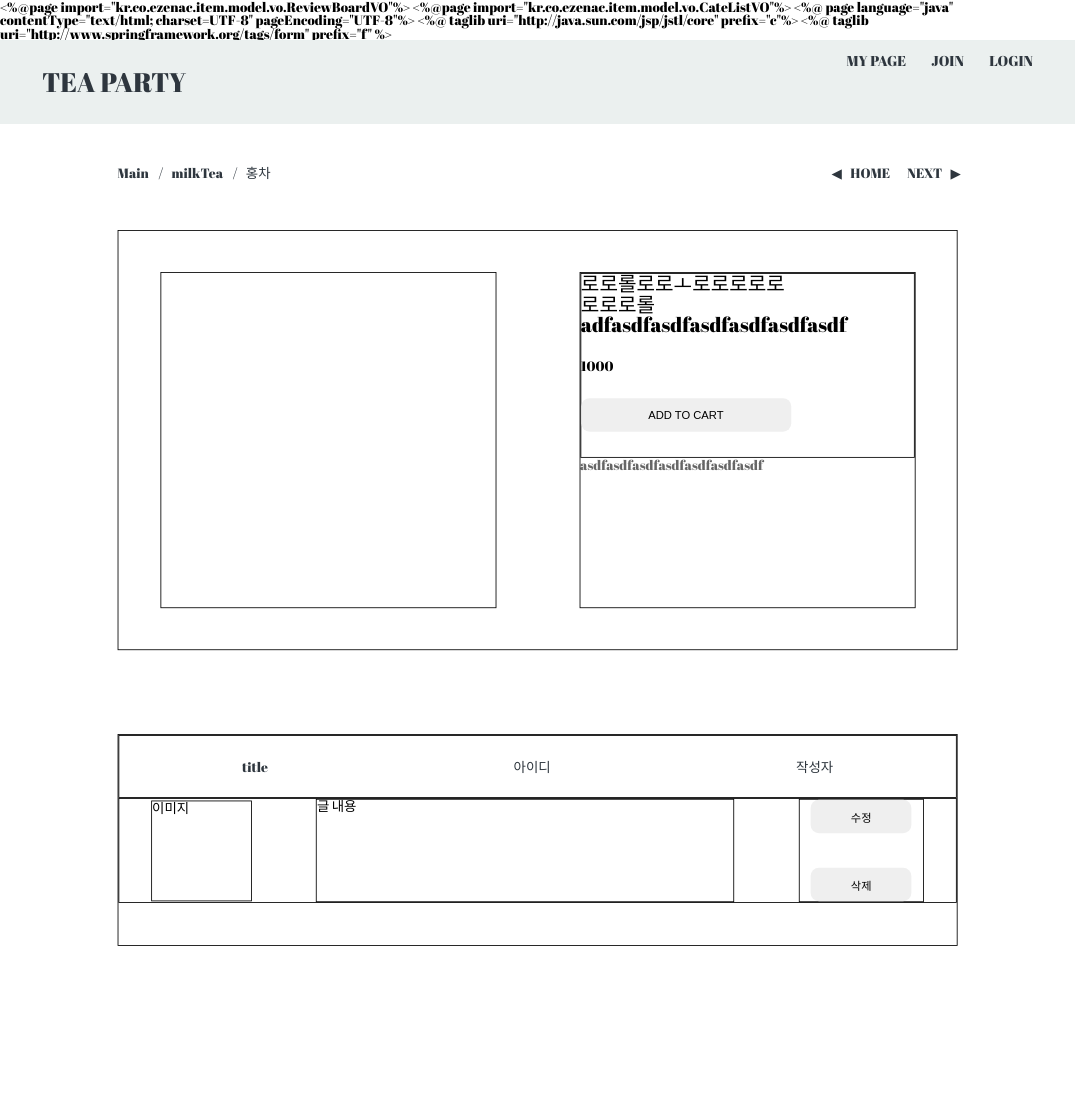
Repository: jjucc99/EZEN_PROJECT
Page: Project_Tea_party_12_31_humm/src/main/webapp/WEB-INF/views/item/goods.html
The author's editor kept a copy of each file at every save. The page is drawn from the files as they stood at one save, then again after the next save.
The browser window is 1280 px wide. The pictures show the whole page, at 84% of full size.

Above is the page before, as saved 2021-12-31 07:47:33.

### Project_Tea_party_12_31_humm/src/main/webapp/WEB-INF/views/item/goods.html
<%@page import="kr.co.ezenac.item.model.vo.ReviewBoardVO"%>
<%@page import="kr.co.ezenac.item.model.vo.CateListVO"%>
<%@ page language="java" contentType="text/html; charset=UTF-8"
    pageEncoding="UTF-8"%>
<%@ taglib uri="http://java.sun.com/jsp/jstl/core" prefix="c"%>
<%@ taglib uri="http://www.springframework.org/tags/form" prefix="f" %>

<!DOCTYPE html>
<html lang="en">
  <head>
    <meta charset="UTF-8" />
    <meta http-equiv="X-UA-Compatible" content="IE=edge" />
    <meta name="viewport" content="width=device-width, initial-scale=1.0" />
    <title>TEA PARTY_goods</title>
    <link rel="stylesheet" href="css/style.css" />
  </head>
  <body>
    <header class="main_header">
      <div class="header_title_conteiner">
        <div class="header_title_title">
          <div class="header_title"><a href="index.html">TEA PARTY</a></div>
        </div>
        <div class="header_controller_conteiner">
          <div class="header_controller">
            <a href="my_page.html">MY PAGE</a>
          </div>
          <div class="header_controller">
            <a href="">JOIN</a>
          </div>
          <div class="header_controller">
            <a href="">LOGIN</a>
          </div>
        </div>
      </div>
    </header>
    <section>
      <div class="goods_container">
        <div class="goods_container_context_box">
          <div class="goods_container_context_title">
            <div class="goods_container_context_title_direction">
              <a href=""><span>Main&nbsp;&nbsp;&nbsp;&nbsp;/</span></a
              ><a href=""><span>milkTea&nbsp;&nbsp;&nbsp;&nbsp;/</span></a
              ><a href=""><span>홍차</span></a>
            </div>
            <div class="goods_container_context_title_btn">
              <a href="">
                <div>◀<span>HOME</span></div>
              </a>
              <a href="">
                <div><span>NEXT</span>▶</div>
              </a>
            </div>
          </div>
          <div class="goods_container_context_text">
            <div class="goods_container_context_text_img"></div>
            <div class="goods_container_context_text_detail">
              <div class="goods_container_context_text_detail_text">
                <div class="goods_container_context_text_detail_text_title">
                  로로롤로로ㅗ로로로로로로로로롤adfasdfasdfasdfasdfasdfasdf
                </div>
                <div class="goods_container_context_text_detail_text_price">
                  1000
                </div>
                <div class="goods_container_context_text_detail_text_btn">
                  <input type="button" value="ADD TO CART" />
                </div>
              </div>
              <div class="goods_container_context_text_detail_descripion">
                asdfasdfasdfasdfasdfasdfasdf
              </div>
            </div>
          </div>
          <!--  -->
        </div>
        <div class="goods_review_container">
          <!-- 여기를 늘린다. -->
          <div class="goods_review_container_context">
            <!--  여기 헤더 -->
            <a href="">
              <div class="goods_review_container_context_header">
                <div class="goods_review_container_context_header_title">
                  title
                </div>
                <div class="goods_review_container_context_header_id">
                  아이디
                </div>
                <div class="goods_review_container_context_header_people">
                  작성자
                </div>
              </div>
            </a>
            <!-- 여긴 자바스크립트로 없애는 부분 -->
            <div class="goods_review_container_context_text">
              <div class="goods_review_container_context_text_img">이미지</div>
              <div class="goods_review_container_context_text_context">
                글 내용
              </div>
              <div class="goods_review_container_context_text_btn">
                <input type="button" value="수정" />
                <input type="button" value="삭제" />
              </div>
            </div>
          </div>
          <!-- 여기가 끝 -->
        </div>
      </div>
    </section>
  </body>
</html>

### Project_Tea_party_12_31_humm/src/main/webapp/resources/css/style.css
@import url("https://fonts.googleapis.com/css2?family=Abril+Fatface&display=swap");
@import "reset.css";
@import "main_header.css";
@import "title_header.css";
@import "items_container.css";
@import "login.css";
@import "my_page.css";
@import "join.css";
@import "my_shopping.css";
@import "pay.css";
@import "order.css";
@import "order_list.css";
@import "goods.css";

* {
  box-sizing: border-box;
}
body {
  font-family: "Abril Fatface", cursive;
  overflow: auto;
}

### Project_Tea_party_12_31_humm/src/main/webapp/resources/css/reset.css
html,
body,
div,
span,
applet,
object,
iframe,
h1,
h2,
h3,
h4,
h5,
h6,
p,
blockquote,
pre,
a,
abbr,
acronym,
address,
big,
cite,
code,
del,
dfn,
em,
img,
ins,
kbd,
q,
s,
samp,
small,
strike,
strong,
sub,
sup,
tt,
var,
b,
u,
i,
center,
dl,
dt,
dd,
ol,
ul,
li,
fieldset,
form,
label,
legend,
table,
caption,
tbody,
tfoot,
thead,
tr,
th,
td,
article,
aside,
canvas,
details,
embed,
figure,
figcaption,
footer,
header,
hgroup,
menu,
nav,
output,
ruby,
section,
summary,
time,
mark,
audio,
video {
  margin: 0;
  padding: 0;
  border: 0;
  font-size: 100%;
  font: inherit;
  vertical-align: baseline;
}
/* HTML5 display-role reset for older browsers */
article,
aside,
details,
figcaption,
figure,
footer,
header,
hgroup,
menu,
nav,
section {
  display: block;
}
body {
  line-height: 1;
}
ol,
ul {
  list-style: none;
}
blockquote,
q {
  quotes: none;
}
blockquote:before,
blockquote:after,
q:before,
q:after {
  content: "";
  content: none;
}
table {
  border-collapse: collapse;
  border-spacing: 0;
}

input:focus {
  outline: none;
}

a {
  color: #2e363e;
  text-decoration: none;
}

### Project_Tea_party_12_31_humm/src/main/webapp/resources/css/main_header.css
body {
  font-family: "Abril Fatface", cursive;
}

.main_header {
  width: 100%;
  position: fixed;
  background-color: #ebf0ef;
}

.header_title_conteiner {
  width: 100%;
  height: 100px;
  display: flex;
  justify-content: space-between;
}

.header_title_title {
  margin-left: 50px;
  display: flex;
  align-items: center;
  font-size: 32px;
}

.header_controller_conteiner {
  font-size: 17px;

  width: 500px;
  margin-top: 15px;
  margin-right: 20px;

  justify-content: flex-end;
  display: flex;
}

.header_controller {
  margin-right: 30px;
}

.collection_container {
  position: fixed;
  height: 100%;
  width: 250px;
  top: 100px;
  display: flex;
  justify-content: center;
  align-items: center;
}

.collection_context {
  margin-bottom: 70px;
  margin-right: 25px;
  width: 80%;
  height: 650px;
  display: flex;
  flex-direction: column;
  align-items: center;
  justify-content: center;
  padding-top: 10px;
}

.collection_block {
  width: 80%;
  height: 80px;
  display: flex;
  flex-direction: column;
  align-items: center;
}

.collection_title {
  margin: 10px 0px;
  width: 80%;
  height: 20px;
  margin-right: 25px;
  font-size: 18px;
}

.collecion_category {
  width: 80%;
  height: 60px;
  margin-left: 25px;
  font-size: 10px;
}

.item_container_img_box {
  width: 100%;
  height: 400px;

  background-color: aquamarine;
  display: flex;
  justify-content: center;
}

.item_container_img {
  width: 800px;
  height: 400px;

  background-color: blueviolet;
}

### Project_Tea_party_12_31_humm/src/main/webapp/resources/css/title_header.css
.title_header {
  width: 100%;
  height: 200px;
  background-color: #5e4540;
  color: white;
}

.title_header h1 {
  font-size: 50px;
  margin-bottom: 60px;
  margin-top: 35px;
}

.header_in_door {
  text-decoration: none;
  font-size: 20px;
  color: white;
}

.header_container {
  display: flex;
  align-items: center;
  flex-direction: column;
}

.header_space {
  width: 100%;
  height: 300px;
  background-color: #402009;
}

.header_space {
  display: flex;
  justify-content: center;
  align-items: center;
}

.header_space_text {
  width: 70%;
  height: 70%;
  border: 2px solid white;
}

.img_container {
  width: 100%;
  height: 800px;
  background-repeat: no-repeat;
  background-position: center;
  display: flex;
  justify-content: center;
  align-items: center;
}

.in_cafe {
  background-image: url("../img/in_cafe.jpg");
}
/*../../../../../../../design*/
.in_bed {
  background-image: url("../img/in_bed.jpg");
}

.img_detail {
  width: 70%;
  height: 70%;
  border-top: 2px solid white;
}

.img_detail a {
  color: white;
  font-size: 50px;
}

### Project_Tea_party_12_31_humm/src/main/webapp/resources/css/items_container.css
body {
  width: 100%;
  height: auto;
  overflow: auto;
}

section {
  width: 100%;
  height: auto;
  overflow: auto;
}

.item_container {
  width: auto;
  height: auto;
  margin-top: 100px;
  margin-left: 250px;
  overflow: auto;
}

.item_container_title {
  margin: 50px 0px;
  margin-right: 100px;
  margin-left: 50px;
  display: flex;
  justify-content: space-between;
  align-items: center;
}

.item_container_title_title {
  font-size: 30px;
}

.item_container_title_location {
  font-size: 20px;
}
.item_container_items {
  display: grid;
  grid-template-columns: repeat(4, minmax(300px, auto));
  grid-template-rows: repeat(auto-fit, minmax(450px, auto));
}

.item_container_item {
  width: 300px;
  height: 450px;
  display: flex;
  flex-direction: column;
  justify-content: space-around;
  align-items: center;
  padding: 35px 0px;
}

.item_item_img {
  width: 200px;
  height: 250px;
  border: 1px solid black;
  border-radius: 25px;
}

.item_item_context {
  width: 200px;
  height: 100px;
  border: 1px solid black;
}
.item_item_context {
  display: flex;
  justify-content: flex-start;
  align-items: flex-start;
  flex-direction: column;
}

.item_item_title {
  margin: 15px 0px;
}

### Project_Tea_party_12_31_humm/src/main/webapp/resources/css/login.css
main {
  height: 600px;
  display: flex;
  justify-content: center;
  align-items: center;
  flex-direction: column;
}

.login_container {
  width: 400px;
  height: 450px;
  display: flex;
  justify-content: center;
  border-bottom: 1px solid rgba(0, 0, 0, 0.1);
}

.login_title {
  margin-top: 40px;
  margin-bottom: 80px;
  text-align: center;
  font-size: 30px;
}

.login_context {
  display: flex;
  justify-content: center;
  align-content: center;
  flex-direction: column;
}

.login_box {
  display: flex;
  flex-direction: column;
  margin-bottom: 20px;
}

.login_box input {
  margin-top: 10px;
  width: 300px;
  height: 32px;
  border-radius: 8px;
  border: 0.5px solid rgba(0, 0, 0, 0.3);
}

.login_subbit {
  margin-top: 40px;
}

.login_subbit input {
  width: 300px;
  height: 40px;
  border-radius: 8px;
  border: 0.5px solid rgba(0, 0, 0, 0.3);
}

.login_join {
  width: 300px;
  height: 40px;
  margin-top: 25px;

  border: 0.5px solid rgba(0, 0, 0, 0.3);
  border-radius: 8px;

  display: flex;
  justify-content: center;
  align-items: center;
  background-color: aquamarine;
}

### Project_Tea_party_12_31_humm/src/main/webapp/resources/css/my_page.css
body {
  width: 100%;
  height: auto;
  overflow: auto;
}

section {
  width: 100%;
  height: auto;
  overflow: auto;
}

.mypage_container {
  width: auto;
  height: auto;
  margin-top: 150px;
  padding: 1px 300px;
  overflow: auto;
}

.mypage_title {
  font-size: 25px;
  border-bottom: 1px solid rgba(0, 0, 0, 0.301);
  padding-bottom: 20px;
  margin-bottom: 50px;
}

.mypage_btns {
  width: 100%;
  height: auto;

  display: flex;
  justify-content: space-between;
  align-items: center;

  padding-bottom: 100px;
  border-bottom: 1px solid rgba(0, 0%, 0%, 0.3);
}

.mypage_btn {
  width: 250px;
  height: 60px;

  border: 1px solid black;
  border-radius: 15px;

  display: flex;
  justify-content: center;
  align-items: center;
}

### Project_Tea_party_12_31_humm/src/main/webapp/resources/css/join.css
body {
  width: 100%;
  height: auto;
  overflow: auto;
}

section {
  width: 100%;
  height: auto;
  overflow: auto;
}

.join_container {
  width: auto;
  margin-top: 100px;
  overflow: auto;
  padding: 0px 300px;
}

.join_container_title {
  font-size: 25px;
  border-bottom: 1px solid rgba(0, 0, 0, 0.301);
  padding-bottom: 20px;
  margin-bottom: 50px;
}

.join_container_context {
  padding: 50px;

  border-radius: 15px;
  border: 1px solid rgba(0, 0, 0, 0.3);
}

.join_container_item {
  margin-bottom: 20px;
  display: flex;
  flex-direction: column;
}

.join_container_item input {
  margin-top: 20px;
  width: 70%;
  height: 32px;
  border-radius: 10px;
  border: 1px solid rgba(0, 0, 0, 0.3);
}

.join_container_item:nth-child(1) {
  margin-bottom: 40px;
}

.join_container_item:nth-child(3) {
  margin-bottom: 40px;
}

.join_container_btn {
  width: 100%;
  height: auto;

  margin-top: 50px;

  display: flex;
  justify-content: space-around;
  align-items: center;
}

.join_container_btn input {
  width: 300px;
  height: 40px;
  border-radius: 8px;
  border: 0.5px solid rgba(0, 0, 0, 0.3);
}

.check {
  display: flex;
  justify-content: flex-start;
  align-items: center;
}

.check_first {
  margin-right: 50px;
}

.join_container_item input[type="radio"] {
  width: 15px;
  height: 15px;
}

.address {
  display: flex;
  flex-direction: column;
  margin-bottom: 30px;
}

.address input {
  width: 150px;
  height: 28px;
  border-radius: 8px;
  border: 0.5px solid rgba(0, 0, 0, 0.3);
  margin: 10px 0px;
  margin-right: 20px;
}

.address input[type="button"] {
  border: none;
  border-radius: 10px;
}

.address_search_second input {
  width: 275px;
  height: 28px;
}

### Project_Tea_party_12_31_humm/src/main/webapp/resources/css/pay.css
body {
  width: 100%;
  height: auto;
  overflow: auto;
}

section {
  width: 100%;
  height: auto;
  overflow: auto;
}

.pay_container {
  width: auto;
  height: auto;
  margin-top: 150px;
  overflow: auto;

  display: flex;
  justify-content: space-around;
  align-items: flex-start;
}

.bill_container {
  width: 30%;
  height: 80%;

  display: flex;
  flex-direction: column;
  align-items: center;

  padding-bottom: 50px;
}

.bill_title {
  width: 80%;
  height: 50px;

  display: flex;
  justify-content: space-between;

  margin-bottom: 50px;
  border-bottom: 1px solid rgba(0, 0, 0, 0.3);
}

.bill_title_text {
  width: 50%;
  height: 50px;

  font-size: 28px;
}

.bill_title_btn {
  width: 50%;
  height: 50px;

  display: flex;
  justify-content: flex-end;
  align-items: flex-start;
}

.bill_title_btn input {
  width: 70%;
  height: 70%;

  border: none;
}

.bill_context {
  width: 80%;
  height: 300px;

  margin-bottom: 50px;
  overflow: auto;
}

.bill_sum_price {
  width: 80%;
  height: 150px;
}

.bill_context_item {
  width: 100%;
  height: auto;

  display: flex;
  justify-content: space-between;
  align-items: center;
  border-bottom: 1px solid rgba(0, 0, 0, 0.3);
}

.bill_item {
  width: 60%;
  height: 150px;
  display: flex;
  align-items: center;
  justify-content: space-between;
}

.bill_price {
  width: 30%;
  height: 150px;
}

.bill_item_img {
  width: 70px;
  height: 80px;
}

.bill_item_text {
  width: 120px;
  height: 80px;
}

.bill_sum_price {
  display: flex;
  justify-content: space-around;
  align-items: center;
}

.bill_sum_price_text {
  font-size: 25px;
}

.bill_price {
  display: flex;
  align-items: flex-end;
  justify-content: space-around;
  flex-direction: column;

  padding: 10px 0px;
}

.text_container {
  width: 50%;
  height: 1000px;
}

.bill_item_text_title {
  width: 100%;
  height: 60%;

  text-align: center;
  margin-bottom: 10px;
}

.bill_item_text_detail {
  width: 100%;
  height: 30%;
  text-align: center;
}

.text_container_title {
  width: 100%;
  height: 50px;

  font-size: 28px;
  margin-bottom: 50px;
  border-bottom: 1px solid rgba(0, 0, 0, 0.3);
}

.text_container_delivery_title {
  width: 100%;
  height: 50px;

  font-size: 20px;
  margin-bottom: 50px;
  border-bottom: 1px solid rgba(0, 0, 0, 0.3);
}

.text_container_delivery {
  display: flex;
  justify-content: center;
  align-items: center;

  flex-direction: column;
}

.text_container_delivery_header {
  margin-top: 20px;
  margin-bottom: 70px;
}
.text_container_delivery_header input {
  width: 250px;
  height: 28px;
  border-radius: 8px;
  border: 0.5px solid rgba(0, 0, 0, 0.3);
  margin: 10px 0px;
  margin-right: 20px;
}

.text_container_paymemt_title {
  width: 100%;
  height: 50px;

  font-size: 20px;
  margin-bottom: 50px;
  margin-top: 10px;

  border-bottom: 1px solid rgba(0, 0, 0, 0.3);
}

.text_container_paymemt_title_radio {
  width: 100%;
  height: 50px;
  display: flex;
  justify-content: space-around;
}

.text_container_btn {
  margin-top: 100px;

  text-align: center;
}

.text_container_btn input {
  width: 300px;
  height: 50px;

  border: none;
  border-radius: 10px;
}

.text_container_paymemt_title_radio_deposit input {
  margin-left: 50px;
}

.text_container_paymemt_title_radio_credit_card input {
  margin-left: 50px;
}

### Project_Tea_party_12_31_humm/src/main/webapp/resources/css/order.css
main {
  width: auto;
  height: auto;
  padding: 0px 300px;
  margin-top: 100px;


}

.order_container {
  width: 100%;
  height: auto;

  border-bottom: 1px solid rgba(0, 0, 0, 0.3);
  margin-bottom: 100px;
}

.order_container_title {
  width: 100%;
  height: 50px;
  border-bottom: 1px solid rgba(0, 0, 0, 0.3);

  font-size: 28px;
  margin-bottom: 50px;
}

.oorder_container_items {
  margin-bottom: 50px;
}

.order_container_items_item_code {
  width: 100%;
  height: 50px;

  font-size: 18px;
  display: flex;
  align-items: flex-end;
  margin-bottom: 20px;
  padding-bottom: 20px;

  border-bottom: 1px solid rgba(0, 0, 0, 0.3);
}

.order_container_items_item_code span:last-child {
  margin-left: 30px;
}

.order_container_img {
  width: 120px;
  height: 120px;

}

.order_container_items_item_box {
  height: 100%;
  display: flex;
  justify-content: space-between;

  padding: 40px 0px;
}

.order_container_text {
  width: 40%;
  height: 120px;

  display: flex;
  align-items: center;
  justify-content: space-between;

  flex-direction: column;
}

.order_container_context {
  width: 30%;
  height: 120px;

  display: flex;
  align-items: center;
  justify-content: space-between;

  flex-direction: column;

}

.order_container_text_name {
  height: 30%;
  width: 80%;
}

.order_container_text_count {
  height: 30%;
  width: 80%;
}
.order_container_text_sum {
  height: 30%;
  width: 80%;
}

.order_container_context_date {
  height: 30%;
  width: 80%;

  display: flex;
  justify-content: center;
  align-items: center;
}
.order_container_context_delivery_status {
  height: 30%;
  width: 80%;

  display: flex;
  justify-content: center;
  align-items: center;
}

.order_container_context_btn {
  height: 30%;
  width: 80%;
}

.order_container_context_btn {
  display: flex;
  justify-content: space-between;
  align-items: center;
}

.order_container_context_btn input {
  border: none;
  border-radius: 5px;
  height: 100%;
}

.order_container_context_btn input:first-child {
  width: 60%;
}

.order_container_context_btn input:last-child {
  width: 30%;
}

### Project_Tea_party_12_31_humm/src/main/webapp/resources/css/goods.css
.goods_container {
  width: 100%;
  margin-top: 150px;

  display: flex;
  justify-content: space-around;
  align-items: center;
  flex-direction: column;

  margin-bottom: 200px;
}

.goods_container_context_title {
  width: 1000px;

  display: flex;
  justify-content: space-between;
  align-items: center;
}

.goods_container_context_title_direction span:first-child {
  margin-right: 10px;
}

.goods_container_context_title_btn {
  width: 150px;
  display: flex;
  justify-content: space-between;
  align-items: center;
}
.goods_container_context_title_btn span {
  margin: 0px 10px;
}

.goods_container_context_text {
  margin-top: 60px;
  width: 100%;
  height: 500px;

  border: 1px solid black;

  display: flex;
  justify-content: space-around;
  align-items: center;
}
.goods_container_context_text_img {
  width: 400px;
  height: 400px;

  border: 1px solid black;
}
.goods_container_context_text_detail {
  width: 400px;
  height: 400px;

  border: 1px solid black;
}

.goods_container_context_text_detail_text {
  width: 100%;
  height: auto;

  border: 1px solid black;
}

.goods_container_context_text_detail_text_title {
  font-size: 24px;
  width: 250px;
  height: auto;
  margin-bottom: 30px;
}

.goods_container_context_text_detail_text_price {
  margin-bottom: 30px;
}

.goods_container_context_text_detail_text_btn {
  margin-bottom: 30px;
}

.goods_container_context_text_detail_text_btn input {
  width: 250px;
  height: 40px;

  border: none;
  border-radius: 10px;
}

.goods_container_context_text_detail_descripion {
  opacity: 0.6;
  font-size: 16px;
}

.goods_review_container {
  margin-top: 100px;
  width: 1000px;
  height: auto;

  border: 1px solid black;
}
.goods_review_container_context {
  width: 100%;
  height: 250px;
}

.goods_review_container_context_header {
  width: 100%;
  height: 30%;
  border: 1px solid black;

  display: flex;
  justify-content: space-around;
  align-items: center;
}

.goods_review_container_context_text {
  height: 50%;

  display: flex;
  justify-content: space-around;
  align-items: center;
  border: 1px solid black;
}

.goods_review_container_context_text_img {
  width: 120px;
  height: 120px;
  border: 1px solid black;
}

.goods_review_container_context_text_context {
  width: 50%;
  height: 100%;
  border: 1px solid black;
}

.goods_review_container_context_text_btn {
  width: 15%;
  height: 100%;
  border: 1px solid black;

  display: flex;
  justify-content: space-between;
  align-items: center;
  flex-direction: column;
}

.goods_review_container_context_text_btn input {
  width: 120px;
  height: 40px;

  border: none;
  border-radius: 10px;
}

Loaded but not shown: Project_Tea_party_12_31_humm/src/main/webapp/resources/css/order_list.css (247 lines, source omitted); Project_Tea_party_12_31_humm/src/main/webapp/resources/css/my_shopping.css (235 lines, source omitted)

After the next save:
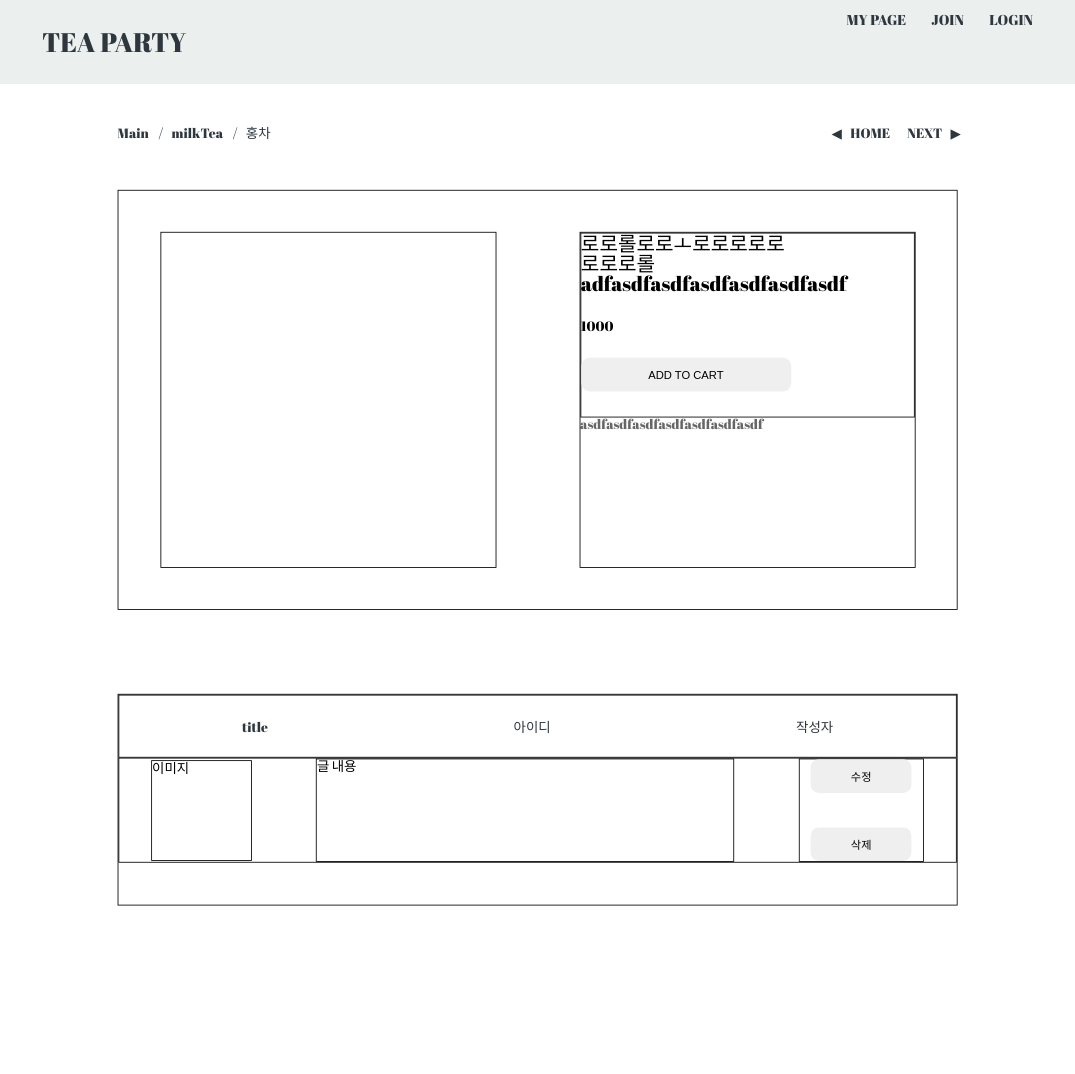
Saved 77 s later.
--- a/Project_Tea_party_12_31_humm/src/main/webapp/WEB-INF/views/item/goods.html
+++ b/Project_Tea_party_12_31_humm/src/main/webapp/WEB-INF/views/item/goods.html
@@ -1,9 +1,3 @@
-<%@page import="kr.co.ezenac.item.model.vo.ReviewBoardVO"%>
-<%@page import="kr.co.ezenac.item.model.vo.CateListVO"%>
-<%@ page language="java" contentType="text/html; charset=UTF-8"
-    pageEncoding="UTF-8"%>
-<%@ taglib uri="http://java.sun.com/jsp/jstl/core" prefix="c"%>
-<%@ taglib uri="http://www.springframework.org/tags/form" prefix="f" %>
 
 <!DOCTYPE html>
 <html lang="en">
